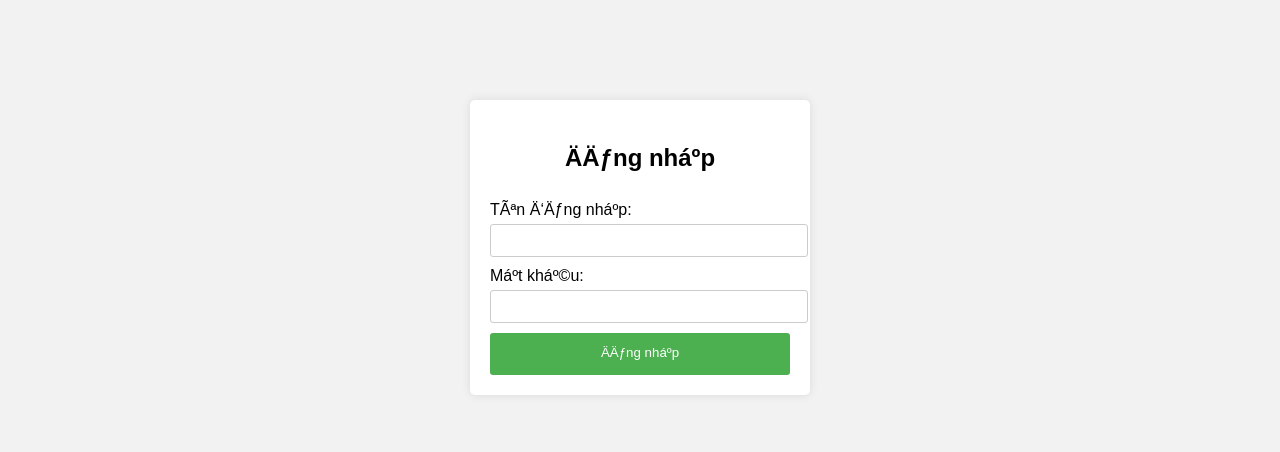
Repository: duy59/cineman
Page: http://localhost/cineman-main/
These files come from the project's save history. The page is drawn as it stood at one moment and after the next save; the edit follows.
The browser window is 1280 px wide. The pictures show the whole page.
The page is served by Tomcat 9. Other server files are loaded and not shown.

Above is the page before, as saved 2024-11-01 01:52:00.

### cineman-main/src/main/webapp/login303.jsp
<!DOCTYPE html>
<html>
<head>
    <meta charset="UTF-8">
    <title>Đăng nhập</title>
    <link rel="stylesheet" type="text/css" href="login.css">
</head>
<body>
    <div class="login-container">
        <h2>Đăng nhập</h2>
        <form action="LoginServlet" method="post">
            <label for="username">Tên đăng nhập:</label>
            <input type="text" id="username" name="username" required>
            <label for="password">Mật khẩu:</label>
            <input type="password" id="password" name="password" required>
            <button type="submit">Đăng nhập</button>
        </form>
        <div class="error-message">${errorMessage}</div>
    </div>
</body>
</html>

### cineman-main/src/main/webapp/login.css
body {
    font-family: Arial, sans-serif;
    background-color: #f2f2f2;
}

.login-container {
    width: 300px;
    margin: 100px auto;
    padding: 20px;
    background-color: #fff;
    box-shadow: 0 0 10px rgba(0, 0, 0, 0.1);
    border-radius: 5px;
}

.login-container h2 {
    text-align: center;
    margin-bottom: 20px;
}

.login-container label {
    display: block;
    margin-bottom: 5px;
}

.login-container input {
    width: 100%;
    padding: 8px;
    margin-bottom: 10px;
    border: 1px solid #ccc;
    border-radius: 3px;
}

.login-container button {
    width: 100%;
    padding: 10px;
    background-color: #4CAF50;
    color: #fff;
    border: none;
    border-radius: 3px;
    cursor: pointer;
}

.login-container button:hover {
    background-color: #45a049;
}

.error-message {
    color: red;
    text-align: center;
}

After the next save:
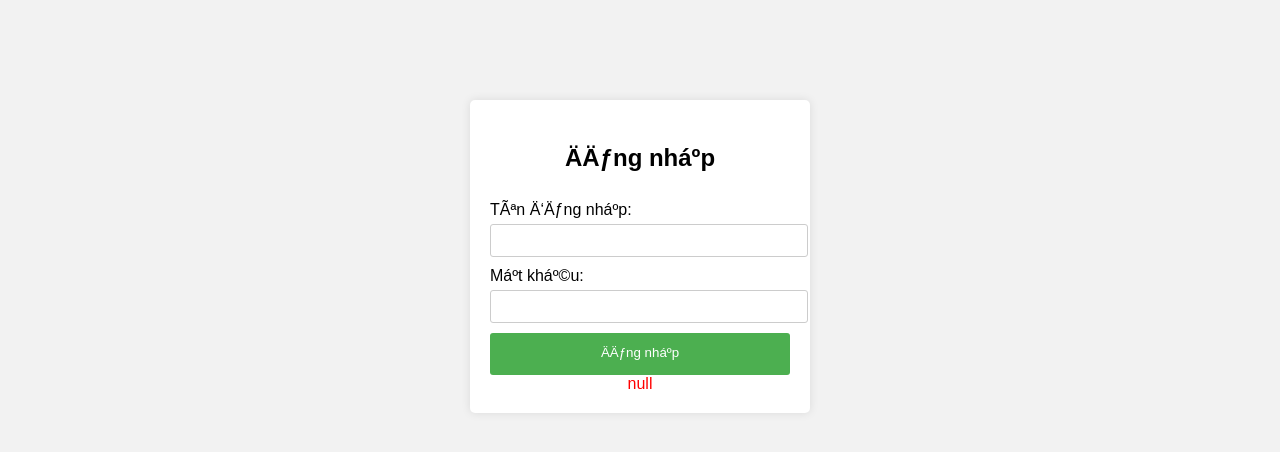
Saved 4 min 25 s later.
--- a/cineman-main/src/main/webapp/login303.jsp
+++ b/cineman-main/src/main/webapp/login303.jsp
@@ -1,3 +1,33 @@
+<%@ page import="dao.NguoiDungDAO" %>
+<%@ page import="model.NguoiDung303" %>
+<%@ page import="model.NhanVienQuanLy303" %>
+<%@ page import="model.NhanVien303" %>
+<%@ page import="model.KhachHang303" %>
+<%@ page session="true" %>
+<%
+    String username = request.getParameter("username");
+    String password = request.getParameter("password");
+    String errorMessage = null;
+
+    if (username != null && password != null) {
+        NguoiDungDAO nguoiDungDAO = new NguoiDungDAO();
+        NguoiDung303 nguoiDung = nguoiDungDAO.kiemtraDangnhap(username, password);
+
+        if (nguoiDung != null) {
+            session.setAttribute("nguoiDung", nguoiDung);
+
+            if (nguoiDung instanceof NhanVienQuanLy303) {
+                response.sendRedirect("quanly.jsp");
+            } else if (nguoiDung instanceof NhanVien303) {
+                response.sendRedirect("banhang.jsp");
+            } else if (nguoiDung instanceof KhachHang303) {
+                response.sendRedirect("khachhang.jsp");
+            }
+        } else {
+            errorMessage = "Tên đăng nhập hoặc mật khẩu không đúng.";
+        }
+    }
+%>
 <!DOCTYPE html>
 <html>
 <head>
@@ -8,14 +38,14 @@
 <body>
     <div class="login-container">
         <h2>Đăng nhập</h2>
-        <form action="LoginServlet" method="post">
+        <form action="login.jsp" method="post">
             <label for="username">Tên đăng nhập:</label>
             <input type="text" id="username" name="username" required>
             <label for="password">Mật khẩu:</label>
             <input type="password" id="password" name="password" required>
             <button type="submit">Đăng nhập</button>
         </form>
-        <div class="error-message">${errorMessage}</div>
+        <div class="error-message"><%= errorMessage %></div>
     </div>
 </body>
 </html>
